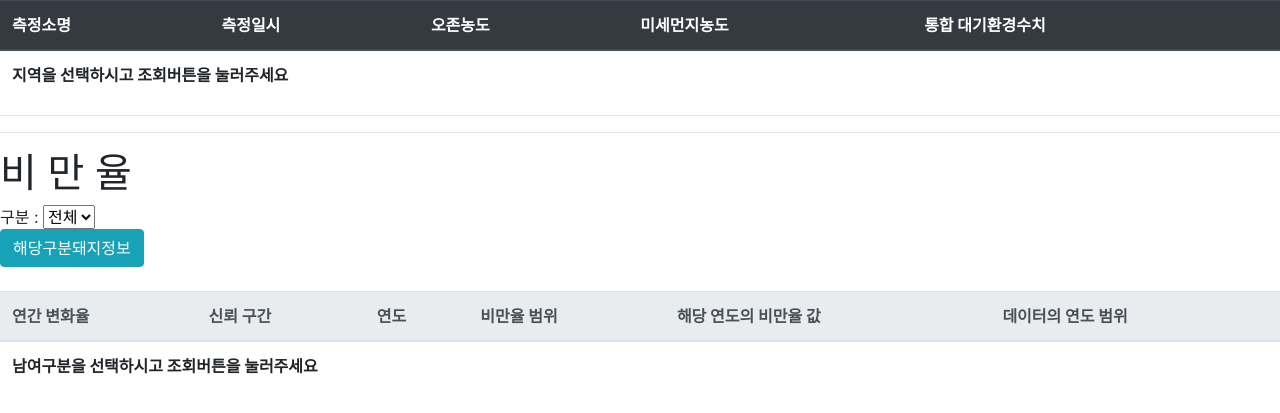
Repository: LeeSeongWook1/semi_Spring
Page: http://localhost/pigApiProject/
The author's editor kept a copy of each file at every save. The page is drawn from the files as they stood at one save, then again after a run of saves.
The browser window is 1280 px wide. The pictures show the whole page.
The page is served by Tomcat 9.

Above is the page before, as saved 2024-04-25 08:11:25.
Console error: SyntaxError: Unexpected token ')'

After the next 2 saves:
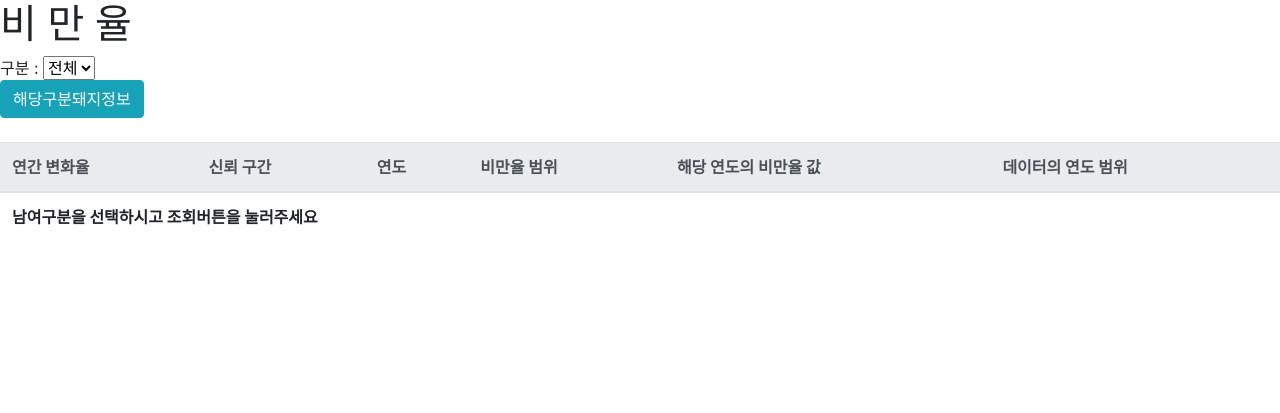
The 2 saves are shown as one change because they came seconds apart.
The last was saved 7 s later.
--- a/pigApiProject/src/main/webapp/index.jsp
+++ b/pigApiProject/src/main/webapp/index.jsp
@@ -14,26 +14,6 @@
 </head>
 <body>
 
-
-
-	<table class="table table-hover">
-		<thead class="thead-dark">
-			<tr>
-				<th>측정소명</th>
-				<th>측정일시</th>
-				<th>오존농도</th>
-				<th>미세먼지농도</th>
-				<th>통합 대기환경수치</th>
-			</tr>
-		</thead>
-		<tbody>
-			<tr>
-				<th colspan="5">지역을 선택하시고 조회버튼을 눌러주세요 </th>
-			</tr>
-		</tbody>
-	</table>
-
-	<hr><hr>
 
 	<h1>비 만 율</h1>
 		구분 :
